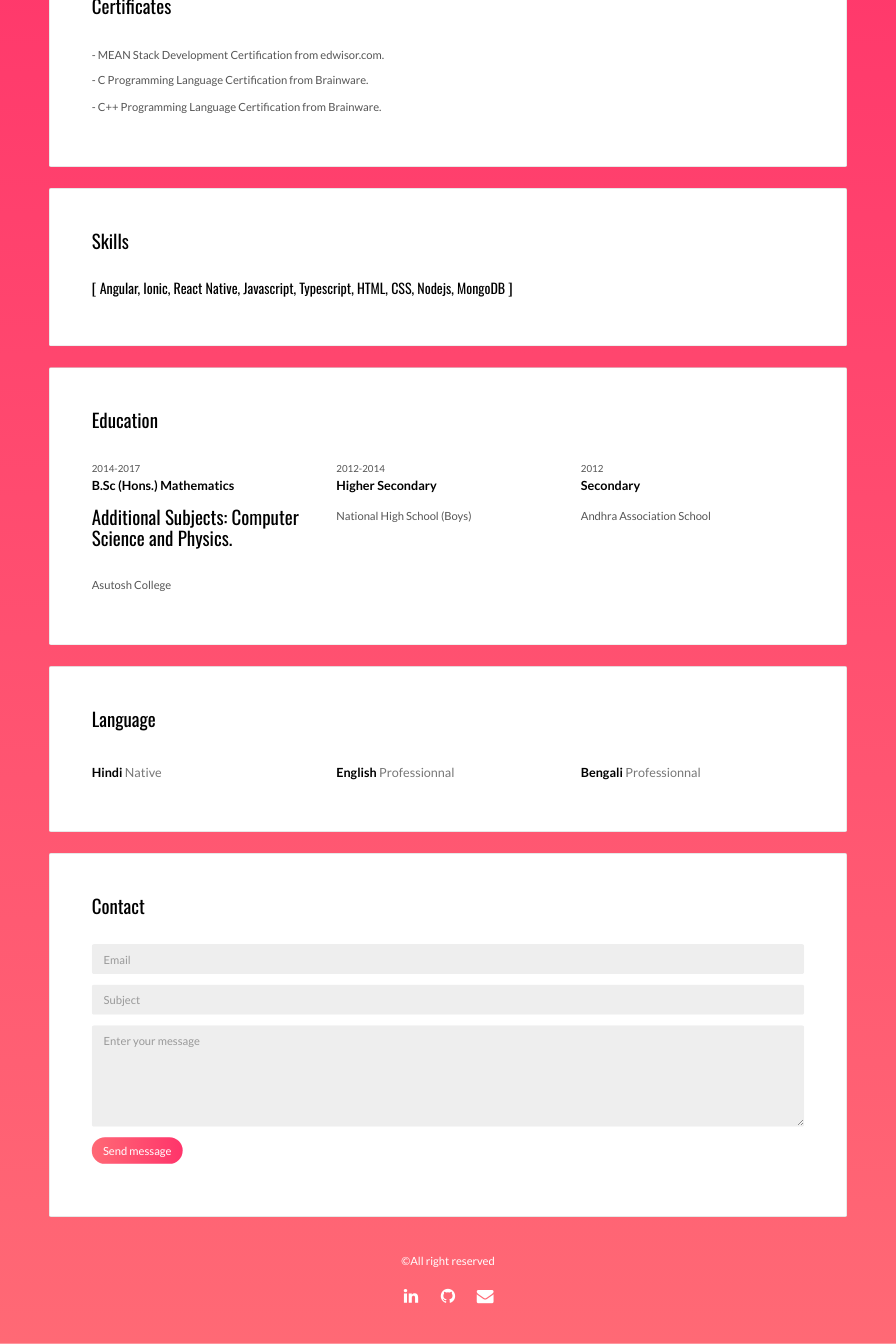
Repository: Ankit-singh7/work_with_ankit.github.io
Page: index.html
An editor plug-in stored every save of this project. The page is shown before and after the next save, followed by the edit.
The browser window is 1280 px wide. The pictures show the part of the page from y = 2311 to 4231 px (the page is 4231 px tall before and 4194 px after), at 70% of full size.

Above is the page before, as saved 2021-03-04 00:16:17.

### index.html
<!DOCTYPE html>
<html lang="en">

<head>
  <meta charset="UTF-8">
  <meta content="IE=edge" http-equiv="X-UA-Compatible">
  <meta content="width=device-width,initial-scale=1" name="viewport">
  <meta content="description" name="description">
  <meta name="google" content="notranslate" />
  <meta content="Mashup templates have been developped by Orson.io team" name="author">

  <!-- Disable tap highlight on IE -->
  <meta name="msapplication-tap-highlight" content="no">

  <link rel="apple-touch-icon" sizes="180x180" href="./assets/apple-icon-180x180.png">
  <link href="./assets/images/img.jpg" rel="icon">

  <title>@nk!t $!ngh | Software Developer</title>

 <link href="./main.d8e0d294.css" rel="stylesheet"></head>

<body class="">

<!-- Add your content of header -->
<div class="background-color-layer" style="background-image: url('assets/images/img-01.jpg')"
></div>
<main class="content-wrapper">
  <header class="white-text-container section-container">
    <div class="text-center">
      <h1>I am Ankit Singh</h1>
      <p>Software Developer</p>
      <p>
        <!-- <a class="fa-icon fa-icon-2x" href="https://facebook.com/" title="">
          <i class="fa fa-facebook"></i>
        </a> -->
        <!-- <a class="fa-icon fa-icon-2x" href="https://twitter.com/" title="">
          <i class="fa fa-twitter"></i>
        </a> -->
        <!-- <a class="fa-icon fa-icon-2x" href="https://dribbble.com/" title="">
          <i class="fa fa-dribbble"></i>
        </a> -->
        <a class="fa-icon fa-icon-2x" href="https://www.linkedin.com/in/ankit-singh-04b976165/" title="">
          <i class="fa fa-linkedin"></i>
        </a>
        <a class="fa-icon fa-icon-2x" href="https://github.com/Ankit-singh7" title="">
          <i class="fa fa-github"></i>
        </a>
        <a class="fa-icon fa-icon-2x" href="mailto:ankit.as2307@gmail.com" title="">
          <i class="fa fa-envelope"></i>
        </a>
        <!-- <a class="fa-icon fa-icon-2x" href="https://vimeo.com/" title="">
          <i class="fa fa-vimeo"></i>
        </a> -->
      </p>
    </div>
  </header>



<!-- Add your site or app content here -->

 <div class="container">
   <div class="row">
     <div class="col-xs-12">

        <div class="card">
          <div class="card-block">
            <h2>About me</h2>
            <div class="row">
              <div class="col-md-4">
                <p><img src="./assets/images/img.jpg" class="img-responsive" alt=""></p>
              </div>
              <div class="col-md-8">

              <p>Software Developer with 2+ years of experience in web development and hybrid mobile application development using Angular, Ionic and React Native.</p>
              <p>A technology enthusiast with a keen
                interest in problem solving with years of
                experience in Frontend Development and
                Hybrid Mobile App Development.</p>

              </div>
            </div>
          </div>
        </div>

        <!-- <div class="card">
          <div class="card-block">
            <h2>Projects</h2>
            <div class="row">
              <div class="col-md-4">
                <img src="./assets/images/img-02.jpg" class="img-responsive" alt="">
                <h3 class="h5">Amelia App</h3>
                <p>June 2017</p>
              </div>
              <div class="col-md-4">
                <img src="./assets/images/img-03.jpg" class="img-responsive" alt="">
                <h3 class="h5">Portland</h3>
                <p>March 2017</p>
              </div>
              <div class="col-md-4">
                <img src="./assets/images/img-04.jpg" class="img-responsive" alt="">
                <h3 class="h5">Denz for Nilon</h3>
                <p>Jan 2017</p>
              </div>
            </div>
          </div>
        </div> -->

        <div class="card">
          <div class="card-block">
            <h2>Projects</h2>
            <div id="carousel-example-generic" class="carousel slide" data-ride="carousel">


            <!-- Wrapper for slides -->
            <div class="carousel-inner" role="listbox">
              <div class="item active">
                <img src="./assets/images/ref.png" class="img-responsive" alt="...">
                <div class="carousel-caption">
                  <h3 class="h5">REF App (Made with Ionic)</h3>
                  <h4>Employer - Techpro Studio</h4>
                  <p>11/2020 - 03/2021</p>
                </div>
              </div>
              <div class="item">
                <img src="./assets/images/muni.png" class="img-responsive" alt="...">
                <div class="carousel-caption">
                  <h3 class="h5">Municipality App (Made with Ionic)</h3>
                  <h4>Freelancing</h4>
                  <p>08/2019 - 01/2020</p>
                </div>
              </div>
              <div class="item">
                <img src="./assets/images/engage.png" class="img-responsive" alt="...">
                <div class="carousel-caption">
                  <h3 class="h5">Engage Local (Made with Ionic)</h3>
                  <h4>Employer - Techpro Studio</h4>
                  <p>12/2019 - 05/2020</p>
                </div>
              </div>

              <div class="item">
                <img src="./assets/images/Drag.png" class="img-responsive" alt="...">
                <div class="carousel-caption">
                  <h3 class="h5">Drag & Drop Website Builder (Made with grapesjs)</h3>
                  <h4>Employer - Techpro Studio</h4>
                  <p>06/2020 - 03/2021</p>
                </div>
              </div>
              <div class="item">
                <img src="./assets/images/caters.png" class="img-responsive" alt="...">
                <div class="carousel-caption">
                  <h3 class="h5">Caters App (Made with Ionic)</h3>
                  <h4>Employer - Techpro Studio</h4>
                  <p>08/2020 - 01/2021</p>
                </div>
              </div>
            </div>

            <!-- Indicators -->
            <ol class="carousel-indicators">
              <li data-target="#carousel-example-generic" data-slide-to="0" class="active"></li>
              <li data-target="#carousel-example-generic" data-slide-to="1"></li>
              <li data-target="#carousel-example-generic" data-slide-to="2"></li>
              <li data-target="#carousel-example-generic" data-slide-to="3"></li>
              <li data-target="#carousel-example-generic" data-slide-to="4"></li>
            </ol>

          </div>
          </div>
        </div>

        <div class="card">
          <div class="card-block">
            <h2>Work</h2>
            <div class="work-experience">
              <small class="date">03/2019-Present</small>
              <h3 class="h5 date-title">Software developer - <a href="http://en.orson.io" title="Create professionnal website">Techpro Studio</a></h3>


              <p>- Created and apply UI requirements utilizing Angular Framework, Ionic and React Native to create various web applications and hybrid mobile applications.</p>
              <p>- Maintaining and upgrading existing web applications.</p>
              <p>- Worked closely with clients to meet project requirements.</p>
            </div>


          </div>
        </div>
        <div class="card">
          <div class="card-block">
            <h2>Certificates</h2>
            <div class="work-experience">
              <p>- MEAN Stack Development Certification from edwisor.com.</p>
              <p>- C Programming Language Certification from Brainware.</p>
              <p>- C++ Programming Language Certification from Brainware.</p>
            </div>


          </div>
        </div>

        <div class="card">
          <div class="card-block">
            <h2>Skills</h2>
            <div class="work-experience">
              <h3>[ Angular, Ionic, React Native, Javascript, Typescript, HTML, CSS, Nodejs, MongoDB ]</h3>
            </div>


          </div>
        </div>


        <div class="card">
          <div class="card-block">
            <h2>Education</h2>
            <div class="row">
              <div class="col-md-4">
                <div class="education-experience">
                  <small class="date">2014-2017</small>
                  <h3 class="h5 date-title">B.Sc (Hons.) Mathematics</h3>
                  <h2>Additional Subjects: Computer Science and Physics.</h2>
                  <p>Asutosh College</p>
                </div>

              </div>
              <div class="col-md-4">
                <div class="education-experience">
                  <small class="date">2012-2014</small>
                  <h3 class="h5 date-title">Higher Secondary</h3>
                  <p>National High School (Boys)</p>
                </div>
              </div>
              <div class="col-md-4">
                <div class="education-experience">
                  <small class="date">2012</small>
                  <h3 class="h5 date-title">Secondary</h3>
                  <p>Andhra Association School</p>
                </div>
              </div>
            </div>
          </div>
        </div>

        <div class="card">
          <div class="card-block">
            <h2>Language</h2>
            <div class="row">
              <div class="col-md-4">
                <div class="language-experience">
                  <h3 class="h5">Hindi  <small>Native</small></h3>
                </div>
              </div>
              <div class="col-md-4">
                <div class="language-experience">
                  <h3 class="h5">English  <small>Professionnal</small></h3>
                </div>
              </div>
              <div class="col-md-4">
                <div class="language-experience">
                  <h3 class="h5">Bengali  <small>Professionnal</small></h3>
                </div>
              </div>
            </div>
          </div>
        </div>


        <div class="card">
          <div class="card-block">
            <h2>Contact</h2>
            <form action="" class="reveal-content">
              <div class="form-group">
                <input type="email" class="form-control" id="email" placeholder="Email">
              </div>
              <div class="form-group">
                <input type="text" class="form-control" id="subject" placeholder="Subject">
              </div>
              <div class="form-group">
                <textarea class="form-control" rows="5" placeholder="Enter your message"></textarea>
              </div>
              <div class="form-group">
                <button type="submit" class=" btn btn-primary">Send message</button>
              </div>
            </form>
          </div>
        </div>

     </div>
   </div>
 </div>

</main>
<footer class="footer-container white-text-container text-center">
  <div class="container">
    <div class="row">
      <div class="col-xs-12">
        <!-- <p><img src="./assets/images/mashup-icon.svg" alt=""></p> -->

        <p>©All right reserved</p>
        <p>
          <a class="fa-icon fa-icon-2x" href="https://www.linkedin.com/in/ankit-singh-04b976165/" title="">
            <i class="fa fa-linkedin"></i>
          </a>
          <a class="fa-icon fa-icon-2x" href="https://github.com/Ankit-singh7" title="">
            <i class="fa fa-github"></i>
          </a>
          <a class="fa-icon fa-icon-2x" href="mailto:ankit.as2307@gmail.com" title="">
            <i class="fa fa-envelope"></i>
          </a>
        </p>
      </div>
    </div>
  </div>
</footer>

<script>
  document.addEventListener("DOMContentLoaded", function (event) {
     scrollRevelation('.card');
  });
</script>
<!-- Google Analytics: change UA-XXXXX-X to be your site's ID

<script>
  (function (i, s, o, g, r, a, m) {
    i['GoogleAnalyticsObject'] = r; i[r] = i[r] || function () {
      (i[r].q = i[r].q || []).push(arguments)
    }, i[r].l = 1 * new Date(); a = s.createElement(o),
      m = s.getElementsByTagName(o)[0]; a.async = 1; a.src = g; m.parentNode.insertBefore(a, m)
  })(window, document, 'script', '//www.google-analytics.com/analytics.js', 'ga');
  ga('create', 'UA-XXXXX-X', 'auto');
  ga('send', 'pageview');
</script>

--><script type="text/javascript" src="./main.bc58148c.js"></script></body>

</html>

Loaded but not shown: main.d8e0d294.css (library); main.bc58148c.js (library)

After the next save:
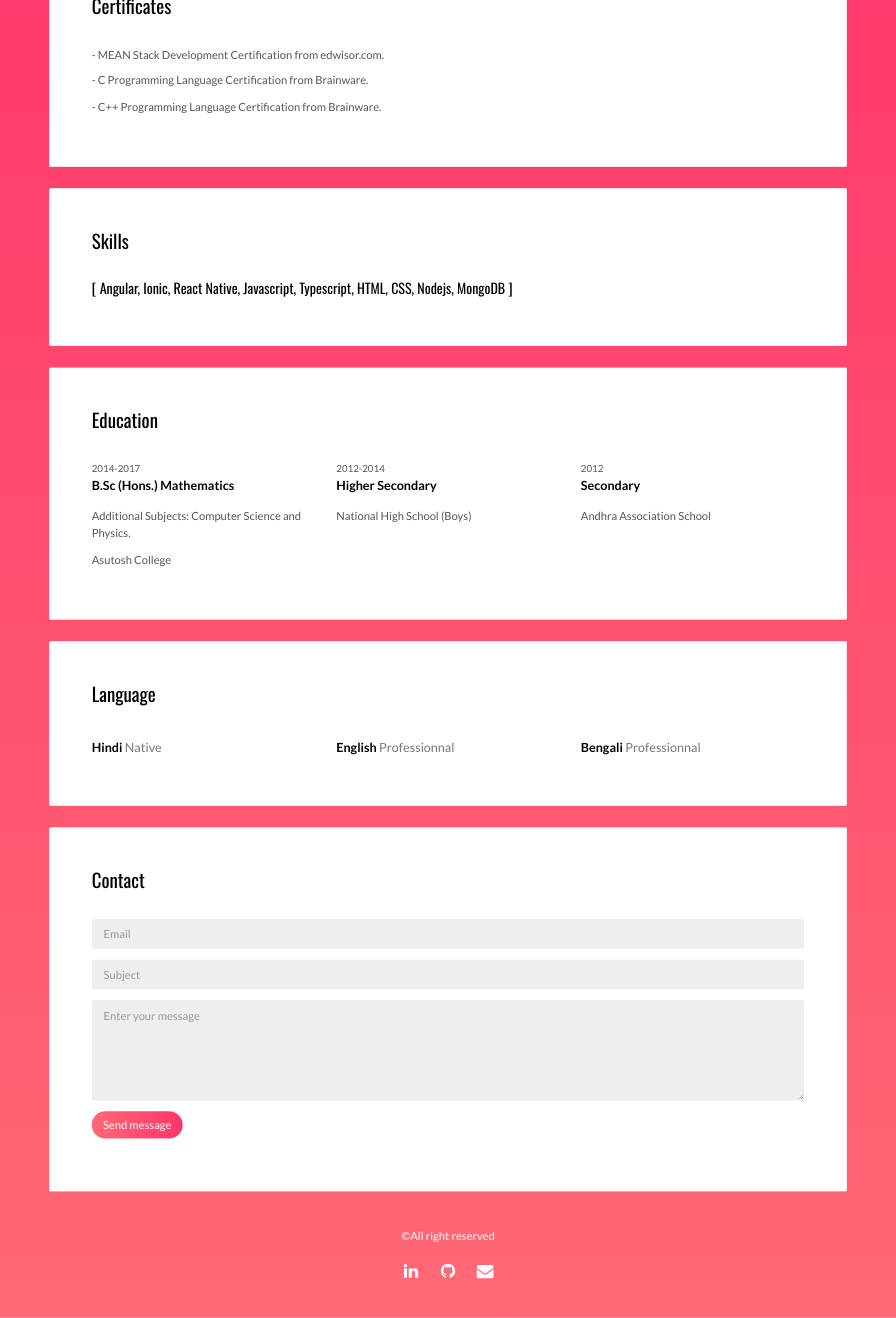
Saved 16 s later.
--- a/index.html
+++ b/index.html
@@ -219,7 +219,7 @@
                 <div class="education-experience">
                   <small class="date">2014-2017</small>
                   <h3 class="h5 date-title">B.Sc (Hons.) Mathematics</h3>
-                  <h2>Additional Subjects: Computer Science and Physics.</h2>
+                  <p>Additional Subjects: Computer Science and Physics.</p>
                   <p>Asutosh College</p>
                 </div>
 
